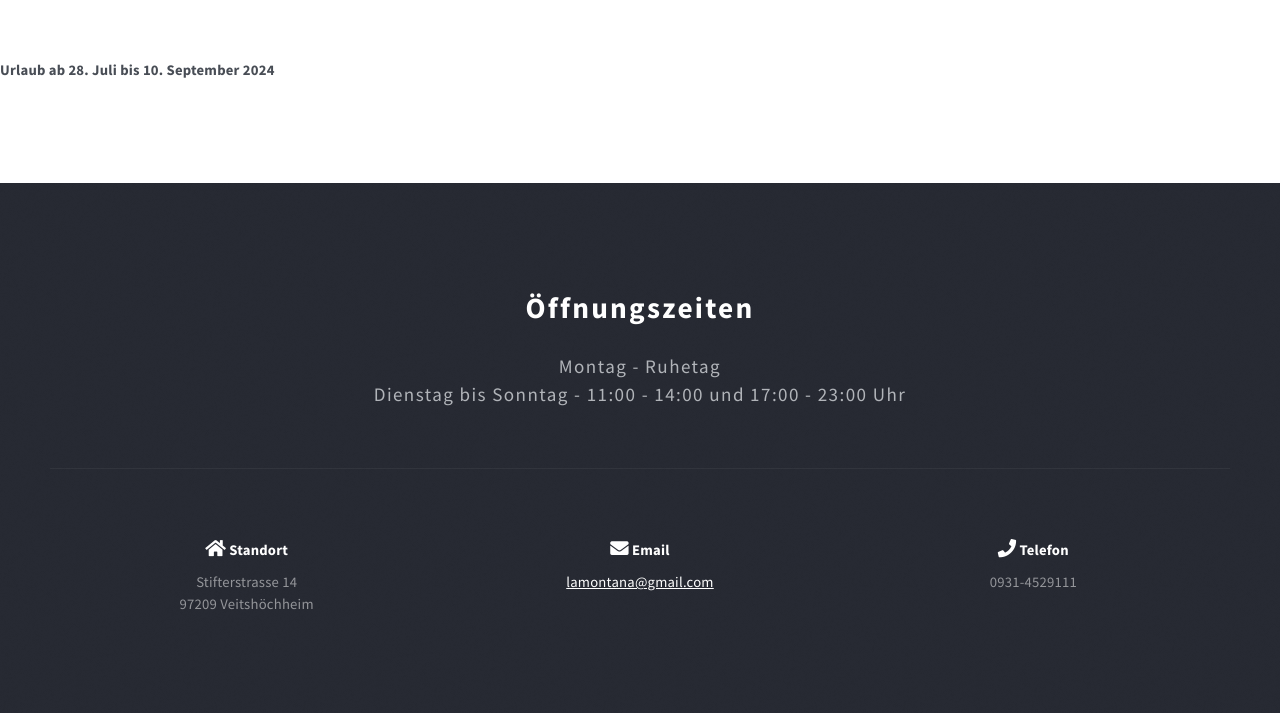
Repository: restaurantlamontana/restaurantlamontana.github.io
Page: blog.html
An editor plug-in stored every save of this project. The page is shown before and after the next save, followed by the edit.
The browser window is 1280 px wide. The pictures show the part of the page from y = 352 to 1087 px (the page is 1065 px tall before and 1087 px after).

Above is the page before, as saved 2024-07-14 18:11:37.

### blog.html
<!DOCTYPE HTML>
<!--
	Escape Velocity by HTML5 UP
	html5up.net | @ajlkn
	Free for personal and commercial use under the CCA 3.0 license (html5up.net/license)
-->
<html>
	<head>
		<title>La Montana - Blog</title>
		<meta charset="utf-8" />
		<meta name="viewport" content="width=device-width, initial-scale=1, user-scalable=no" />
		<link rel="stylesheet" href="assets/css/main.css" />
	</head>
	<body class="right-sidebar is-preload">
		<div id="page-wrapper">
			<!-- Header -->
			<section id="header" class="wrapper">
			  <!-- Logo -->
			  <div id="logo">
				<h1><a href="index.html">La Montana</a></h1>
				<p>Restaurant</p>
			  </div>

			  <!-- Nav -->
			  <nav id="nav">
				<ul>
				  <li class="current"><a href="index.html">Home</a></li>
				  <li><a href="assets/Speisekarte_Scan.pdf" target="_blank">Speisekarte</a></li>
				  <li><a href="blog.html">Blog</a></li>
				</ul>
			  </nav>
			</section>
				</section>

			<!-- Main -->
				<section id="main" class="wrapper style2">
					<article>
						<h3>Urlaub ab 28. Juli bis 10. September 2024</h3>
					</article>
				</section>

		<!-- Footer -->
		<section id="footer" class="wrapper">
			<div class="container">
				<header class="style1">
					<h2>Öffnungszeiten</h2>
					<p>
						Montag - Ruhetag <br />
						Dienstag bis Sonntag - 11:00 - 14:00 und 17:00 - 23:00 Uhr
					</p>
				</header>
				<div class="flex-container">
					<div class="flex-item">
						<h3 class="icon solid fa-home">   Standort</h3>
						<p>
							Stifterstrasse 14<br />
							97209 Veitshöchheim<br />
						</p>
					</div>
					<div class="flex-item">
						<h3 class="icon solid fa-envelope">   Email</h3>
						<p>
							<a href="#">lamontana@gmail.com</a>
						</p>
					</div>
					<div class="flex-item">
						<h3 class="icon solid fa-phone">   Telefon</h3>
						<p>0931-4529111</p>
					</div>
				</div>
			</div>
		</section>
	</body>
	</html>

Loaded but not shown: assets/css/fontawesome-all.min.css (library); assets/css/main.css (3135 lines, source omitted)

After the next save:
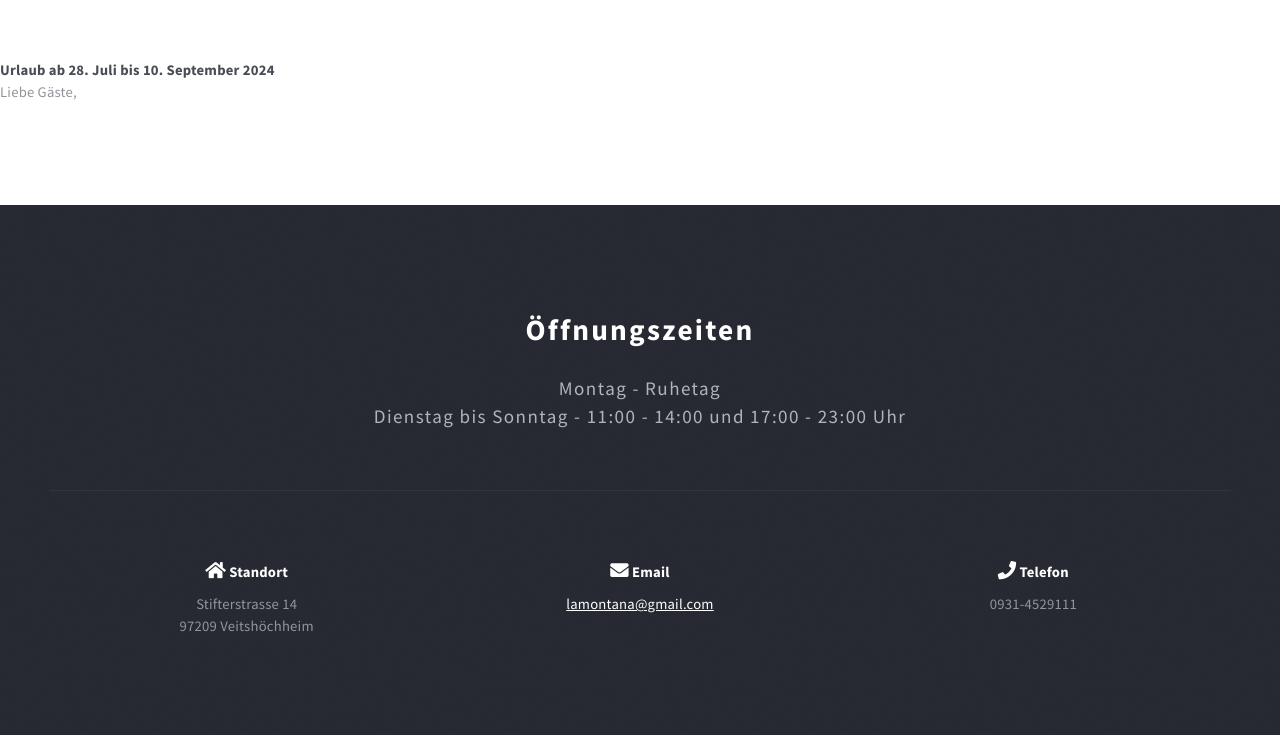
Saved 10 s later.
--- a/blog.html
+++ b/blog.html
@@ -36,6 +36,10 @@
 				<section id="main" class="wrapper style2">
 					<article>
 						<h3>Urlaub ab 28. Juli bis 10. September 2024</h3>
+						<p>
+							Liebe Gäste,
+
+						</p>
 					</article>
 				</section>
 
